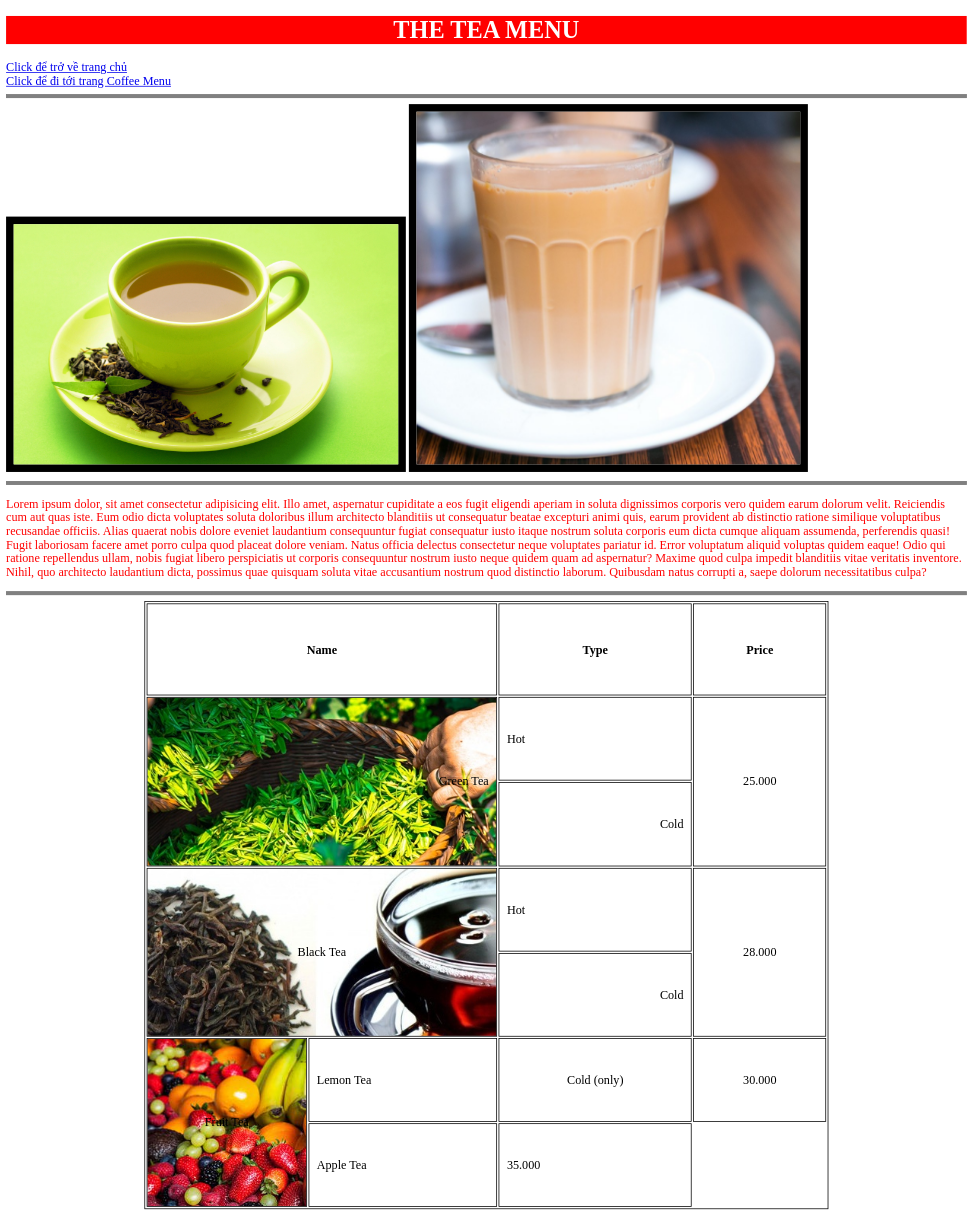
Repository: giahuy405/HomeWork_Coffee
Page: tea.html
The author's editor kept a copy of each file at every save. The page is drawn from the files as they stood at one save, then again after the next save.
The browser window is 1280 px wide. The pictures show the whole page, at 76% of full size.

Above is the page before, as saved 2022-09-07 11:47:50.

### tea.html
<!DOCTYPE html>
<html lang="en">
<head>
    <meta charset="UTF-8">
    <meta http-equiv="X-UA-Compatible" content="IE=edge">
    <meta name="viewport" content="width=device-width, initial-scale=1.0">
    <title>Document</title>
    <link rel="stylesheet" href="./css/tea.css">
</head>
<body>
    <header>
        <h1 style="text-align:center;color:white;background-color:red">THE TEA MENU</h1>
        <a href="#">Click để trở về trang chủ</a>
        <br>
        <a href="#">Click để đi tới trang Coffee Menu</a>
        <hr size="5px" noshade>
    </header>
    <div class="intro-img">
        <img style="width:40%;border: 10px solid black" src="./img/Green-Tea.jpg" alt="">
        <img style="width:40%;border: 10px solid black;" src="./img/milktea.png" alt="">
        <hr size="5px" noshade>
        <p style="color: red;">Lorem ipsum dolor, sit amet consectetur adipisicing elit. Illo amet, aspernatur cupiditate a eos fugit eligendi aperiam in soluta dignissimos corporis vero quidem earum dolorum velit. Reiciendis cum aut quas iste. Eum odio dicta voluptates soluta doloribus illum architecto blanditiis ut consequatur beatae excepturi animi quis, earum provident ab distinctio ratione similique voluptatibus recusandae officiis. Alias quaerat nobis dolore eveniet laudantium consequuntur fugiat consequatur iusto itaque nostrum soluta corporis eum dicta cumque aliquam assumenda, perferendis quasi! Fugit laboriosam facere amet porro culpa quod placeat dolore veniam. Natus officia delectus consectetur neque voluptates pariatur id. Error voluptatum aliquid voluptas quidem eaque! Odio qui ratione repellendus ullam, nobis fugiat libero perspiciatis ut corporis consequuntur nostrum iusto neque quidem quam ad aspernatur? Maxime quod culpa impedit blanditiis vitae veritatis inventore. Nihil, quo architecto laudantium dicta, possimus quae quisquam soluta vitae accusantium nostrum quod distinctio laborum. Quibusdam natus corrupti a, saepe dolorum necessitatibus culpa?</p>
        <hr size="5px" noshade>
    </div>
    <table>
        <tr>
            <th colspan="2">Name</th>
            <th>Type</th>
            <th>Price</th>
        </tr>
        <tr>
            <td colspan="2" rowspan="2" style="background-image: url(./img/greentea.jpg);text-align: right;">Green Tea</td>
            <td>Hot</td>
            <td rowspan="2" style="text-align: center;">25.000</td>
        </tr>
        <tr>
            <td style="text-align: right;">Cold</td>
        </tr>
        <tr>
            <td colspan="2" rowspan="2" style="text-align:center;background-image: url(./img/blacktea.jpg);">Black Tea</td>
            <td>Hot</td>
            <td rowspan="2" style="text-align: center;">28.000</td>
        </tr>
        <tr>
            <td style="text-align: right;">Cold</td>
        </tr>
        <tr>
            <td rowspan="3" style="text-align: center;background-image: url(./img/fruit.jpg);">Fruit Tea</td>
            <td>Lemon Tea</td>
            <td style="text-align: center;">Cold (only)</td>
            <td style="text-align: center;">30.000</td>
        </tr>
        <tr>
            <td>Apple Tea</td>
            <td rowspan="2" >35.000</td>
        </tr>



    </table>
</body>
</html>

### css/tea.css
table,th,td{
    border: 1px solid black;
    border-collapse: separate;

}
table{
    width: 900px;
    height: 800px;
    margin: 0 auto;
}
table td{
    padding: 0 10px;

}

After the next save:
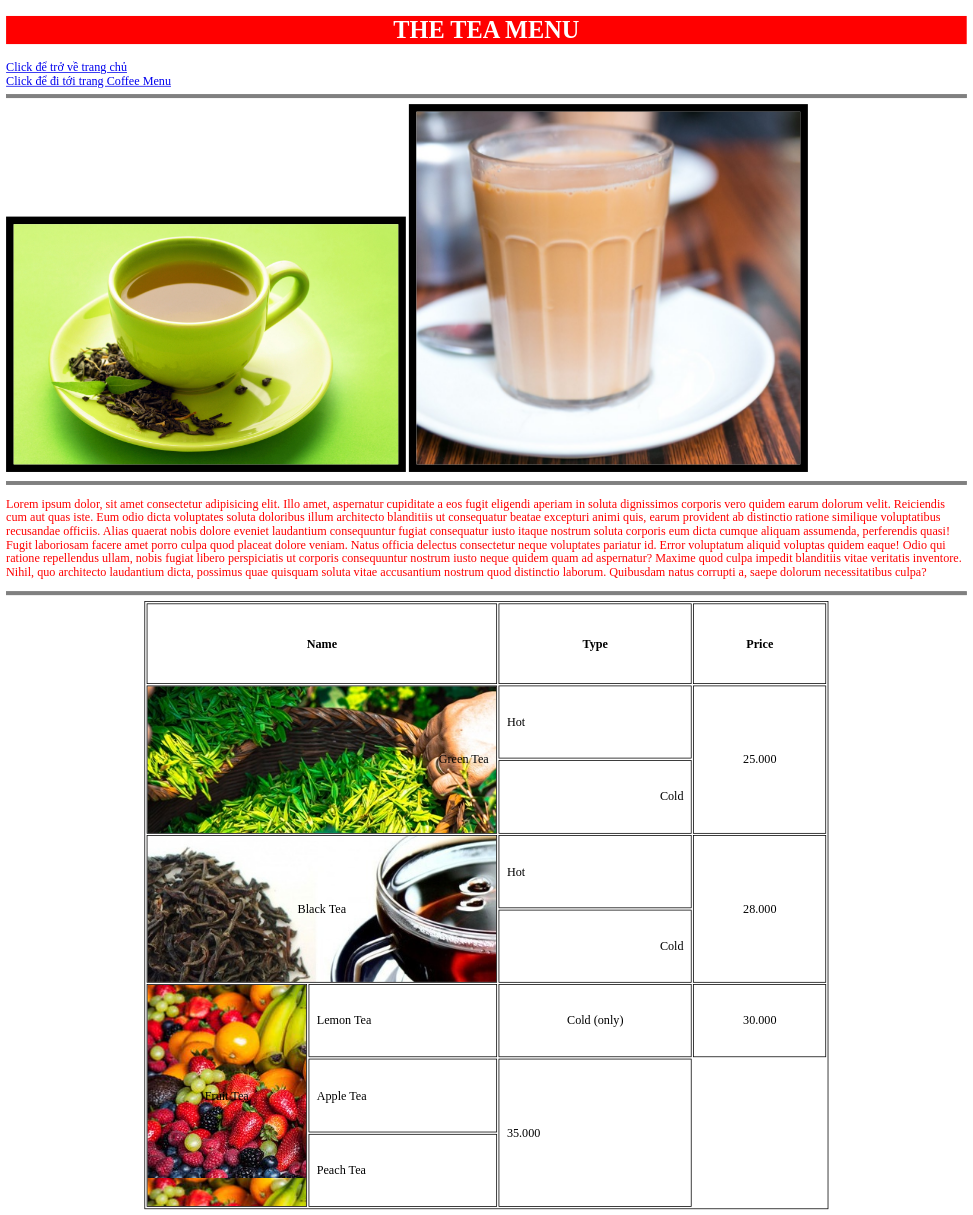
Saved 19 s later.
--- a/tea.html
+++ b/tea.html
@@ -54,9 +54,9 @@
             <td>Apple Tea</td>
             <td rowspan="2" >35.000</td>
         </tr>
-
-
-
+        <tr>
+            <td>Peach Tea</td>
+        </tr>
     </table>
 </body>
 </html>
